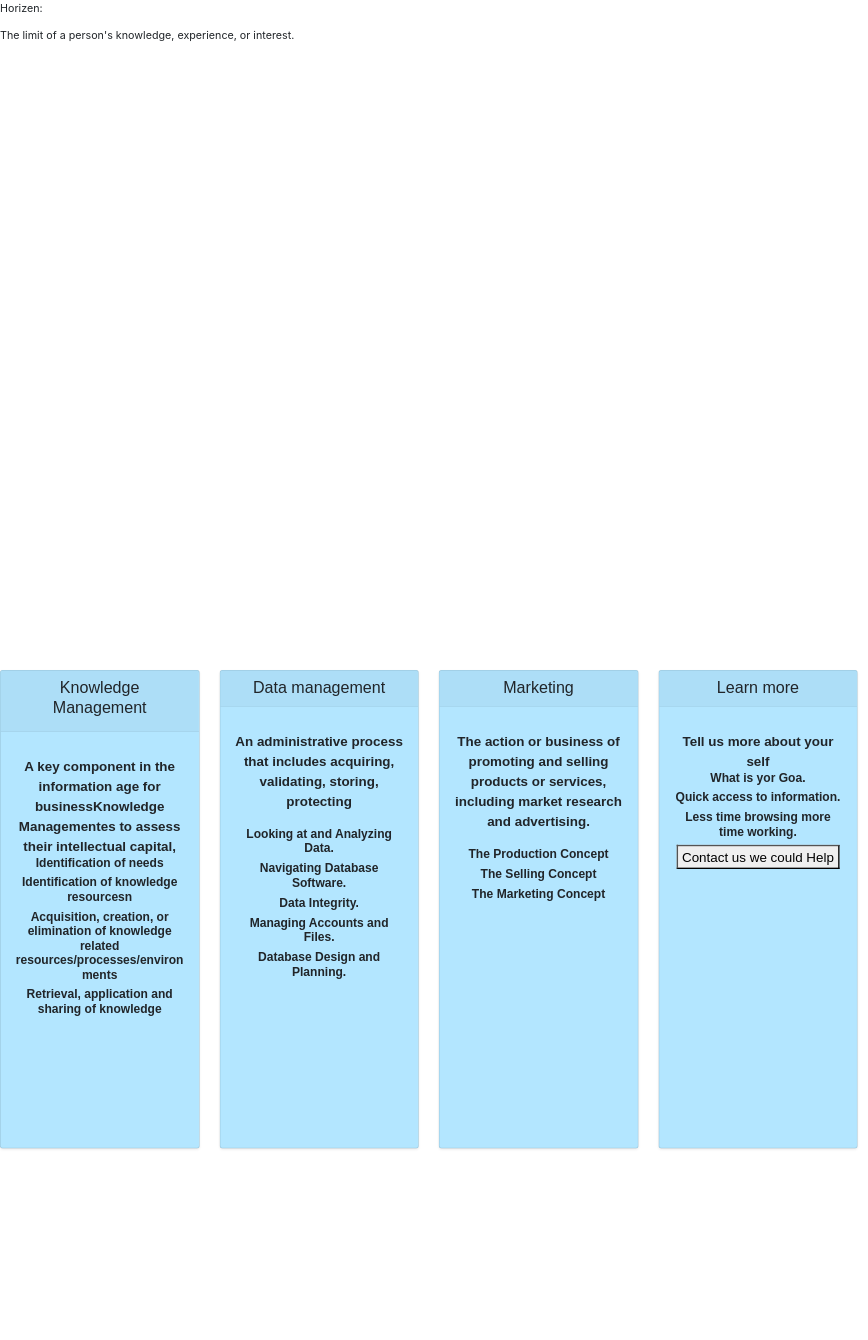
Repository: Code-Institute-Submissions/vahega-my-first-project
Page: index.html
The author's editor kept a record of every edit. The page is drawn from the files as they stood at one moment, then again after the next edit.
The browser window is 1280 px wide. The page is 1295 px wide, so the pictures cover 1295 px, including what lies to the right of the window. The pictures show the whole page, at 67% of full size.
Pictures or frames that could not be fetched are drawn as grey boxes. Backgrounds fixed to the window are drawn as part of the page. Some web fonts or font styles are not loaded; a fallback is used. Some web libraries are served in a nearby version.

Above is the page before.
Not found: photos/2452.jpg

After the next edit:
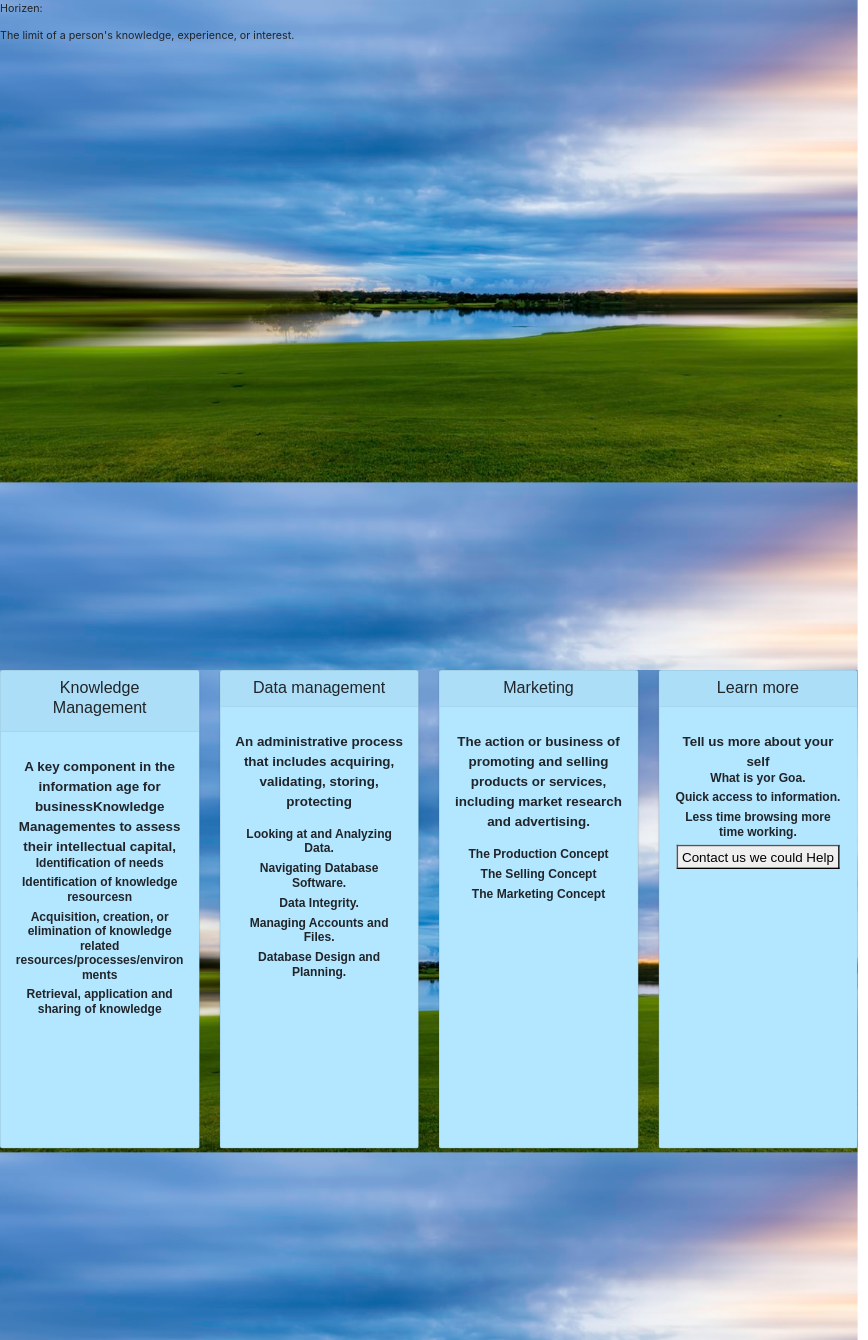
The edit:
--- a/index.html
+++ b/index.html
@@ -18,8 +18,8 @@
 background-attachment:fixed;
 background-position:center;
 background-size: cover;
- background: url(photos/2452.jpg) no-repeat center center fixed;
-  -webkit-background-size: cover;
+
+ -webkit-background-size: cover;
   -moz-background-size: cover;
   -o-background-size: cover;
   background-size: cover;
